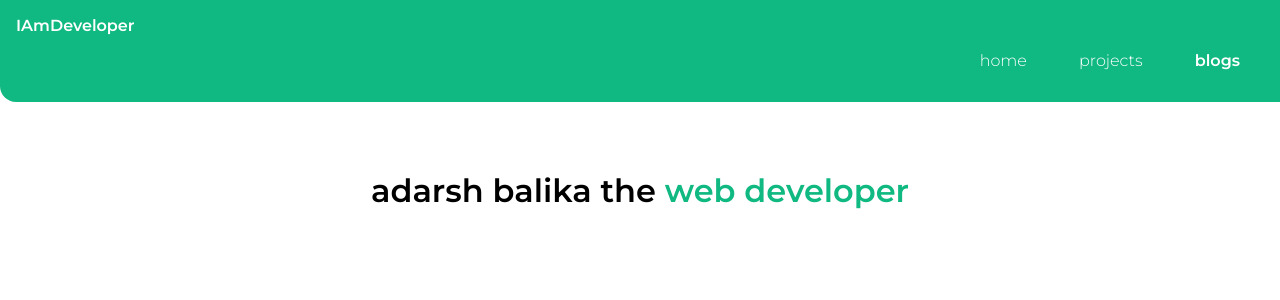
Repository: sohan2503001/Portfolio
Page: blogs.html
The author's editor kept a copy of each file at every save. The page is drawn from the files as they stood at one save, then again after the next save.
The browser window is 1280 px wide. The pictures show the whole page.

Above is the page before, as saved 2021-03-27 19:26:48.

### blogs.html
<!DOCTYPE html>
<html lang="en">
<head>
    <meta charset="UTF-8">
    <meta name="viewport" content="width=device-width, initial-scale=1.0">
    <title>Blogs | Sohan</title>
    <link rel="stylesheet" href="style.css">
</head>
<body>
    <nav class="navigation container">
        <div class="nav-brand">IAmDeveloper</div>
        <ul class="list-non-bullet nav-pills">
          <li class="list-item-inline">
            <a class="link" href="/">home</a>
          </li>
          <li class="list-item-inline">
            <a class="link " href="projects.html">projects</a>
          </li>
          <li class="list-item-inline">
            <a class="link link-active" href="blogs.html">blogs</a>
          </li>
        </ul>
      </nav>


    <header class="hero">
        <h1 class="hero-heading">adarsh balika the <span class="heading-inverted"> web developer</span></h1>
    </header>
</body>
</html>

### style.css
@import url('https://fonts.googleapis.com/css2?family=Montserrat:wght@300;600&display=swap');

:root{
    --primary-color: #10B981;
    --dark-gray: #4B5563;
    --off-white:#E5E7EB;
}

body {
    font-family: 'Montserrat', sans-serif;
    margin: 0px;
}

hr{
    margin: 2rem 0rem;
}

/** container **/
.container{
    padding: 0rem 1rem;
}

.container-center{
    max-width: 600px;
    margin: auto;
}

/** links **/
.link{
    text-decoration: none;
    padding: 0.5rem 1rem;
    /*margin: 1rem 0rem 1rem 0rem;*/
}

.link-primary{
    background-color: var(--primary-color);
    border-radius: 0.5rem;
    color:white;
}

.link-secondary{
    color: var(--primary-color);
    border-radius: 0.5rem;
    border: 1px solid var(--primary-color);
}

/** lists **/

.list-non-bullet{
    list-style: none;
}

.list-item-inline{
    display: inline;
    padding: 0rem 0.5rem;
}

/** navigation **/

.navigation{
    background-color: var(--primary-color);
    color: white;
    padding: 1rem;
    border-bottom-left-radius: 1rem;
}

.navigation .nav-brand{
    font-weight: bold;
}

.navigation .nav-pills{
    text-align: right;
}

.navigation .link{
    color: white;
}

.navigation .link-active{
    font-weight: bold;
}

/**header **/

.hero{
    padding: 2rem;
}

.hero .hero-img{
    max-width: 350px;
    display: block;
    margin: auto;
}

.hero .hero-heading{
    padding-top: 1rem;
    color: var(--dark-red);
    text-align: center;
}

.hero .hero-heading .heading-inverted{
    color: var(--primary-color)
}

/** section **/
.section{
    padding: 2rem;
}

.section h1{
    text-align: center;
}

.ow {
    background-color: var(--off-white);
}

/**footer **/

.footer{
    background-color: var(--primary-color);
    padding: 2rem 1rem;
    text-align: center;
    color: white;
    border-top-right-radius: 1rem;
}

.footer .link{
    color: white;
}

.footer .footer-header{
    font-weight: bold;
    font-size: large;
}

.footer ul{
    padding-inline-start: 0px;
}

After the next save:
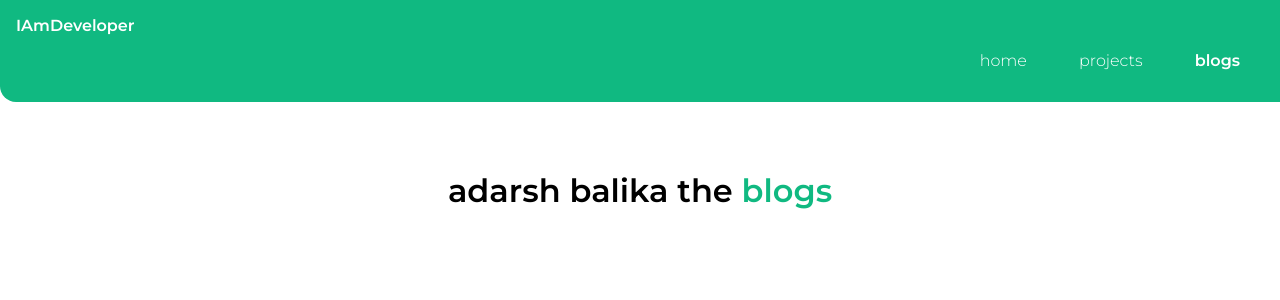
Saved 5 s later.
--- a/blogs.html
+++ b/blogs.html
@@ -24,7 +24,7 @@
 
 
     <header class="hero">
-        <h1 class="hero-heading">adarsh balika the <span class="heading-inverted"> web developer</span></h1>
+        <h1 class="hero-heading">adarsh balika the <span class="heading-inverted"> blogs</span></h1>
     </header>
 </body>
 </html>
